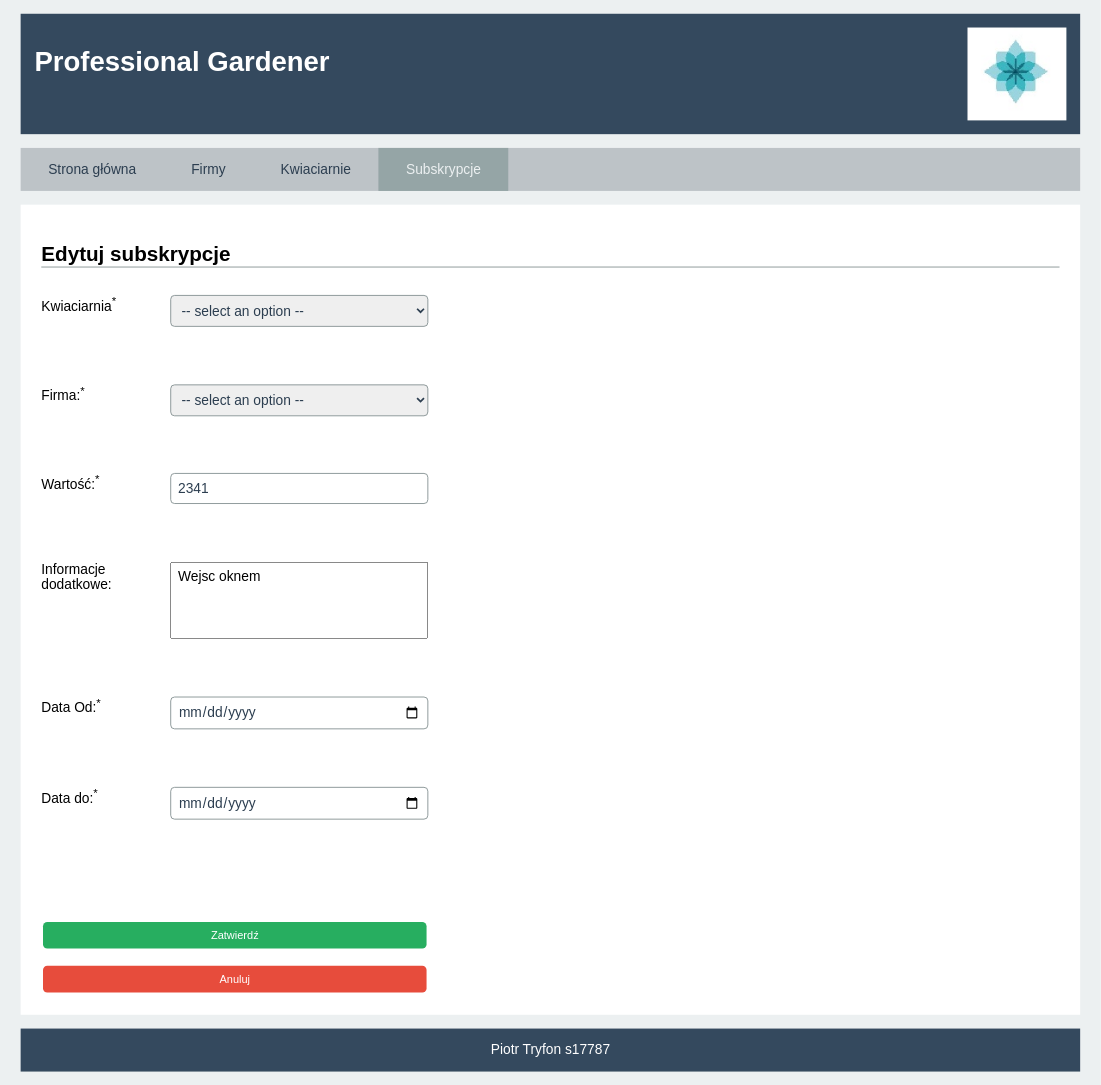
Repository: s17787/TIN
Page: tin_zaoczne_12_s17787_html-css/pages/subscription-edit.html
An editor plug-in stored every save of this project. The page is shown before and after the next save, followed by the edit.
The browser window is 1280 px wide. The pictures show the whole page, at 86% of full size.

Above is the page before, as saved 2021-01-06 14:47:00.

After the next save:
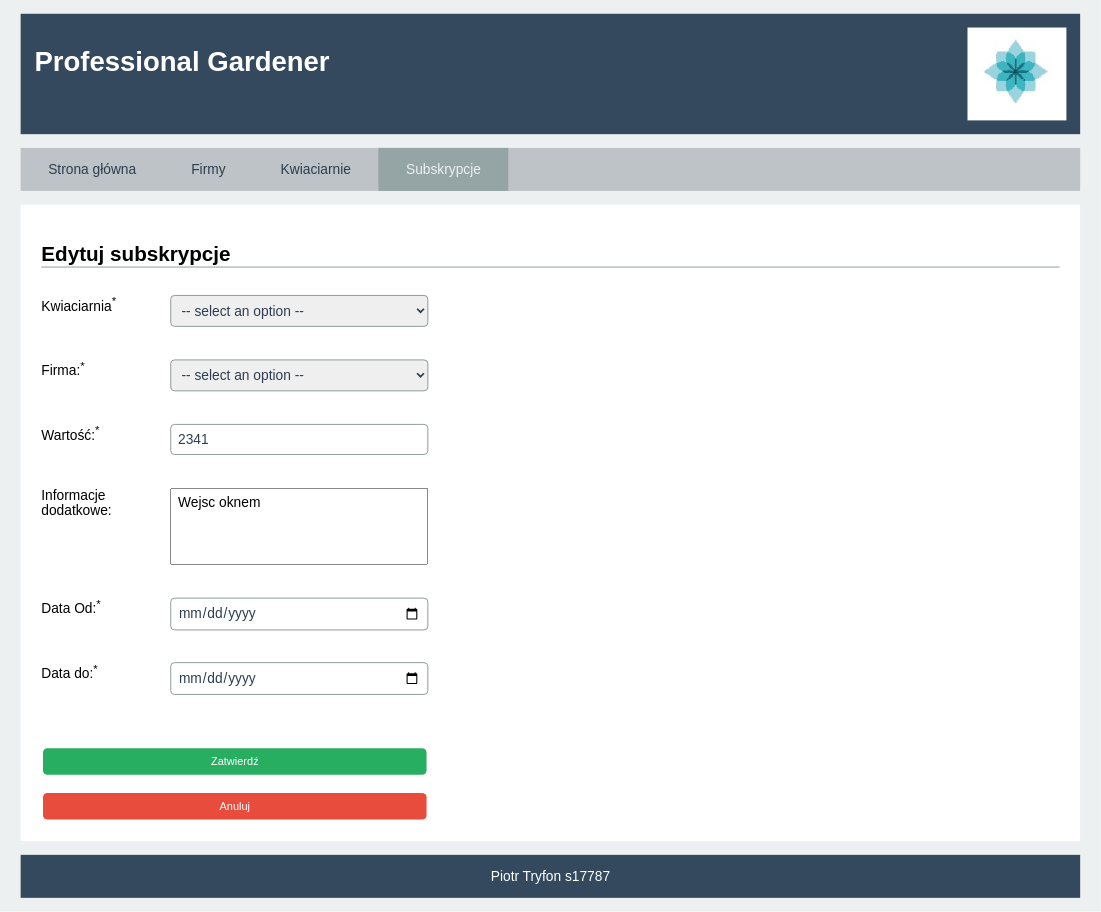
Saved 7 s later.
--- a/tin_zaoczne_12_s17787_html-css/css/style.css
+++ b/tin_zaoczne_12_s17787_html-css/css/style.css
@@ -315,7 +315,7 @@ abbr[title='required'] {
 .errors-text {
     font-size: 0.85em;
     line-height: 2.25rem;
-    padding: 1rem;
+    padding: 0.1rem;
   }
 
 .form input.error-input,
